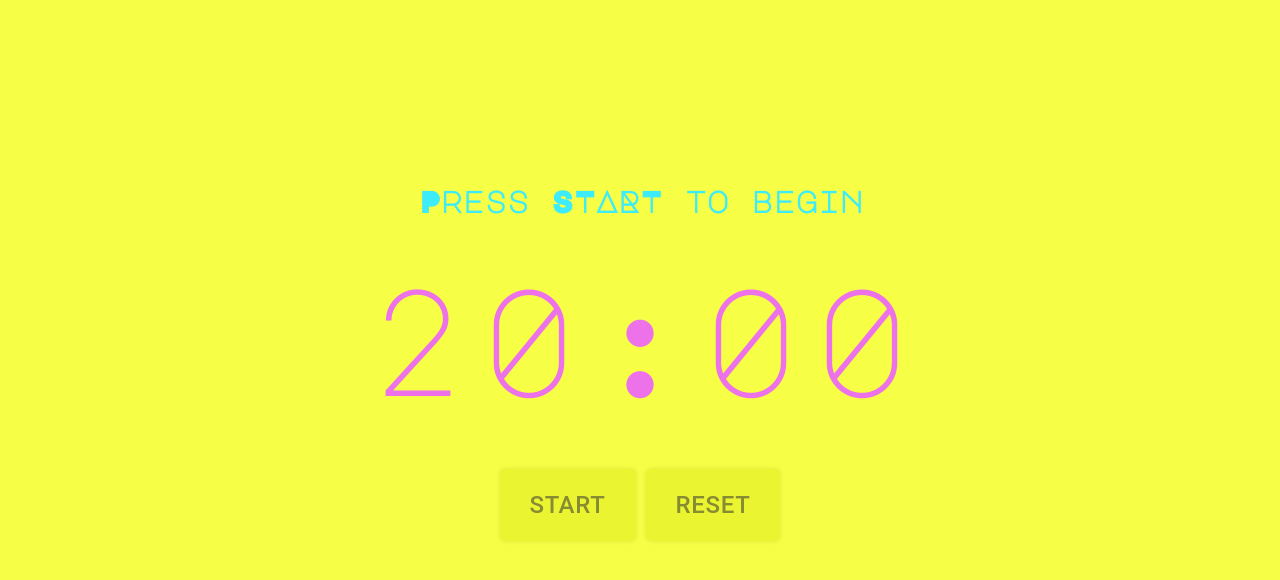
Repository: realistmccoy/pomodoro
Page: /
An editor plug-in stored every save of this project. The page is shown before and after a run of saves, followed by the edit.
The browser window is 1280 px wide. The pictures show the whole page.
The project was rebuilt for these pictures with package versions that can differ from the ones it lists, and the page was loaded fresh each time.

Above is the page before, as saved 2020-12-10 01:17:55.

After the next 2 saves:
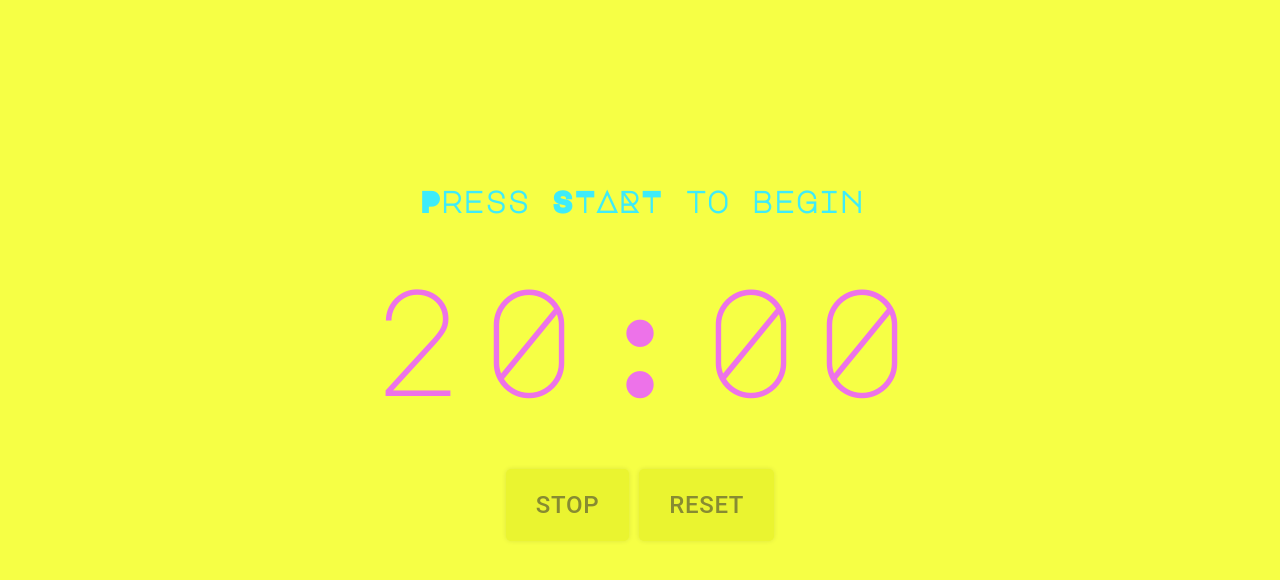
The 2 saves are shown as one change because they came seconds apart.
The last was saved 2 min 57 s later.
--- a/src/App.js
+++ b/src/App.js
@@ -57,8 +57,8 @@ export default function App() {
 			</div>
 
 			<div className='buttons'>
-				{!isRunning && <Button onClick={startTimer}>Start</Button>}
-				{isRunning && <Button onClick={stopTimer}>Stop</Button>}
+				{isRunning && <Button onClick={startTimer}>Start</Button>}
+				{!isRunning && <Button onClick={stopTimer}>Stop</Button>}
 				<Button onClick={resetTimer}>Reset</Button>
 			</div>
 		</div>
